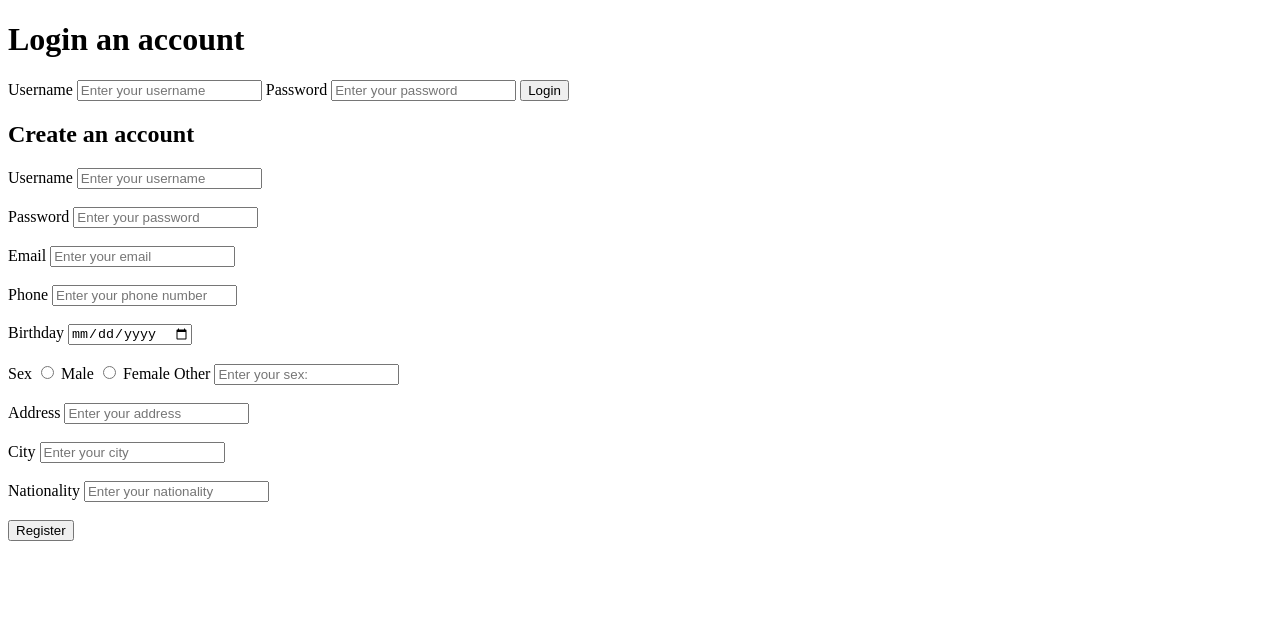
Repository: bao2222/hoc-lam-web
Page: welcome.html
An editor plug-in stored every save of this project. The page is shown before and after the next save, followed by the edit.
The browser window is 1280 px wide. The pictures show the whole page.

Above is the page before, as saved 2024-12-30 09:09:18.

### welcome.html
<!DOCTYPE html>
<html lang="en">

    <head>
        <meta charset="UTF-8">
        <title>Welcome</title>
        <meta content = "this is my website" name = "description">
        <meta author = "me">




    </head>

    <body>
        <h1>Login an account</h1>
        <div>
            <div class="login">
                <form action="project.js" method="POST" >

                    <label for="username">Username</label>
                    <input type="text" id="username" placeholder="Enter your username" name="username" required>

                    <label for="password">Password</label>
                    <input type="password" id="password" placeholder="Enter your password" name="password" required>

                    <button type="submit">Login</button>

                </form>
            </div>

            <h2>Create an account</h2>
            <div>
                <div class="register">
                    <form action="project.js" method="POST" >

                        <label for="register_username">Username</label>
                        <input type="text" id="register_username" placeholder="Enter your username" name="register_username" required><br><br>

                        <label for="register_password">Password</label>
                        <input type="password" id="register_password" placeholder="Enter your password" name="password" required><br><br>

                        <label for="register_email">Email</label>
                        <input type="email" id="register_email" placeholder="Enter your email" name="email" required><br><br>

                        <label for="register_phone">Phone</label>
                        <input type="tel" id="register_phone" placeholder="Enter your phone number" name="phone" required><br><br>

                        <label for="register_dob">Birthday</label>
                        <input type="date" id="register_dob" placeholder="Enter your birthday" name="dob" required><br><br>

                        <label for="register_sex">Sex</label>
                        <input type="radio" id="register_male" name="sex" value="male" required>
                        <label for="register_male">Male</label>
                        <input type="radio" id="register_female" name="sex" value="female" required>
                        <label for="register_female">Female</label>
                        <label for="register_other">Other</label>
                        <input type="text" id="register_other" placeholder="Enter your sex: " name="other" required><br><br>

                        <label for="register_address">Address</label>
                        <input type="text" id="register_address" placeholder="Enter your address" name="address" required><br><br>

                        <label for="register_city">City</label>
                        <input type="text" id="register_city" placeholder="Enter your city" name="city" required><br><br>

                        <label for="register_nationality">Nationality</label>
                        <input type="text" id="register_nationality" placeholder="Enter your nationality" name="nationality" required><br><br>



                        <button type="submit">Register</button>

                    </form>



                </div>


            </div>



        </div>





    </body>





</html>

After the next save:
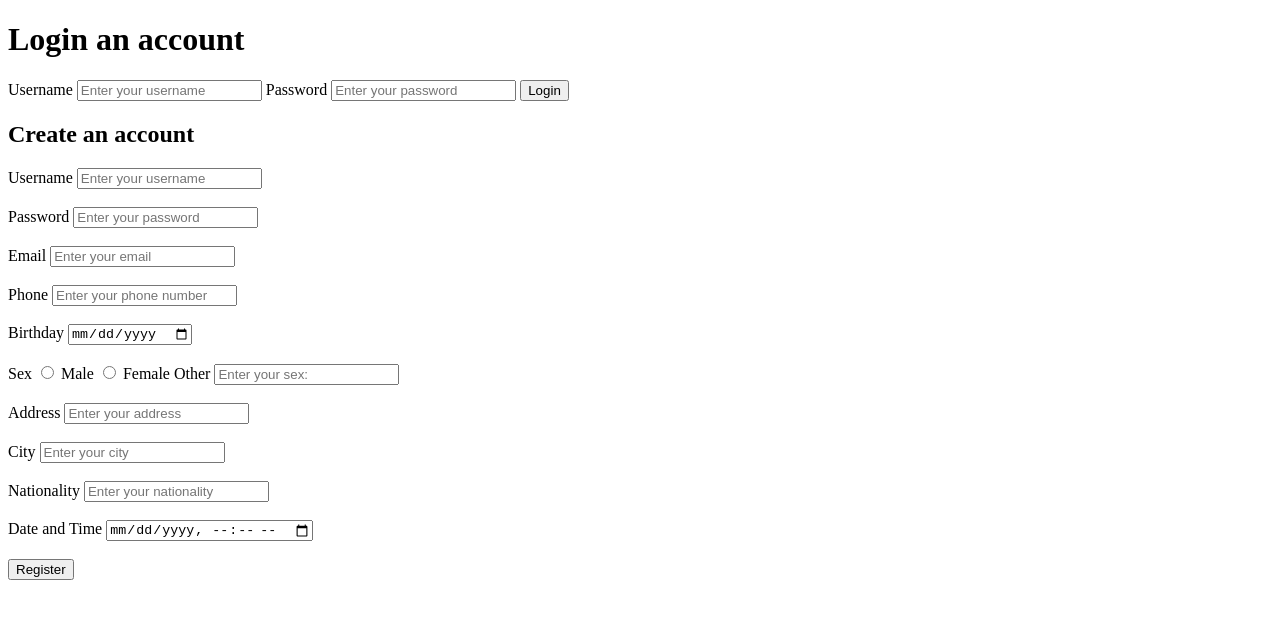
Saved 66 s later.
--- a/welcome.html
+++ b/welcome.html
@@ -66,6 +66,9 @@
                         <label for="register_nationality">Nationality</label>
                         <input type="text" id="register_nationality" placeholder="Enter your nationality" name="nationality" required><br><br>
 
+                        <label for="register_datetime">Date and Time</label>
+                        <input type="datetime-local" id="register_datetime" placeholder="Enter your date and time" name="datetime" required><br><br>
+
 
 
                         <button type="submit">Register</button>
